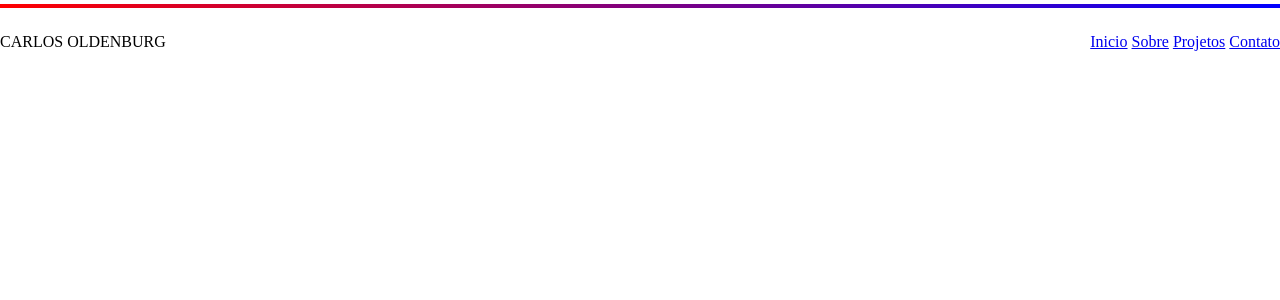
Repository: Carolden/PortfolioCrie
Page: index.html
These files come from the project's save history. The page is drawn as it stood at one moment and after the next save; the edit follows.
The browser window is 1280 px wide. The pictures show the whole page.

Above is the page before, as saved 2023-05-22 09:37:40.

After the next save:
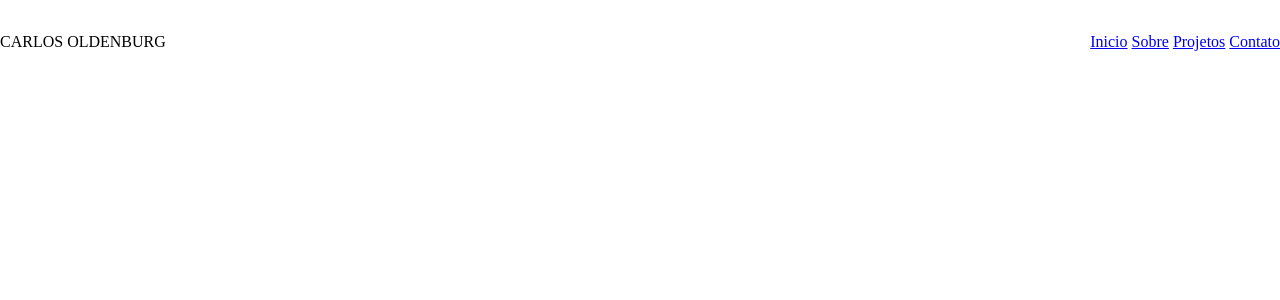
Saved 9 s later.
--- a/styles/layout/header.css
+++ b/styles/layout/header.css
@@ -11,7 +11,7 @@
     align-items: center;
     border-top: 4px;
     /* border-image-slice: 1 0 0 0; */
-    border-image: linear-gradient(to right, #ff0000, #0000ff) 1 1 0 0;
+    border-image: linear-gradient(to right, #ff0000, #0000ff);
     border-style: solid;
 
 

After the save that followed:
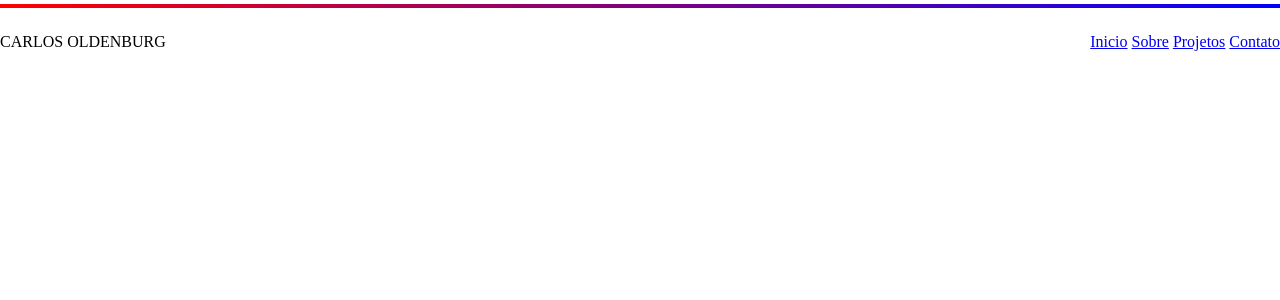
Saved 5 s later.
--- a/styles/layout/header.css
+++ b/styles/layout/header.css
@@ -11,7 +11,7 @@
     align-items: center;
     border-top: 4px;
     /* border-image-slice: 1 0 0 0; */
-    border-image: linear-gradient(to right, #ff0000, #0000ff);
+    border-image: linear-gradient(to right, #ff0000, #0000ff) 1;
     border-style: solid;
 
 
